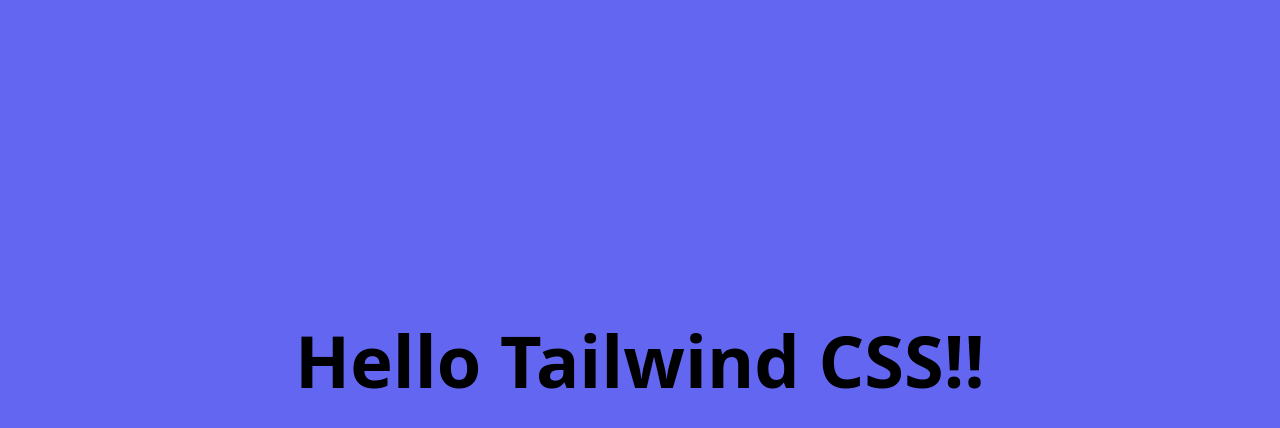
Repository: rayray1/react-tailwind-starter-template
Page: /
The author's editor kept a copy of each file at every save. The page is drawn from the files as they stood at one save, then again after the next save.
The browser window is 1280 px wide. The pictures show the whole page.
The project was rebuilt for these pictures with package versions that can differ from the ones it lists, and the page was loaded fresh each time.

Above is the page before, as saved 2023-06-23 06:52:41.

### src/App.js
function App() {
  return (
    <div className="App">
      <div className="w-full h-screen bg-indigo-500 flex justify-center items-center">
        <h1 className="font-bold text-7xl text-white-700">Hello Tailwind CSS!!</h1>
      </div>
    </div>
  );
}

export default App;

Loaded but not shown: public/index.html (common file); src/index.js (common file); src/index.css (common file); src/reportWebVitals.js (common file); tailwind.config.js (common file)

After the next save:
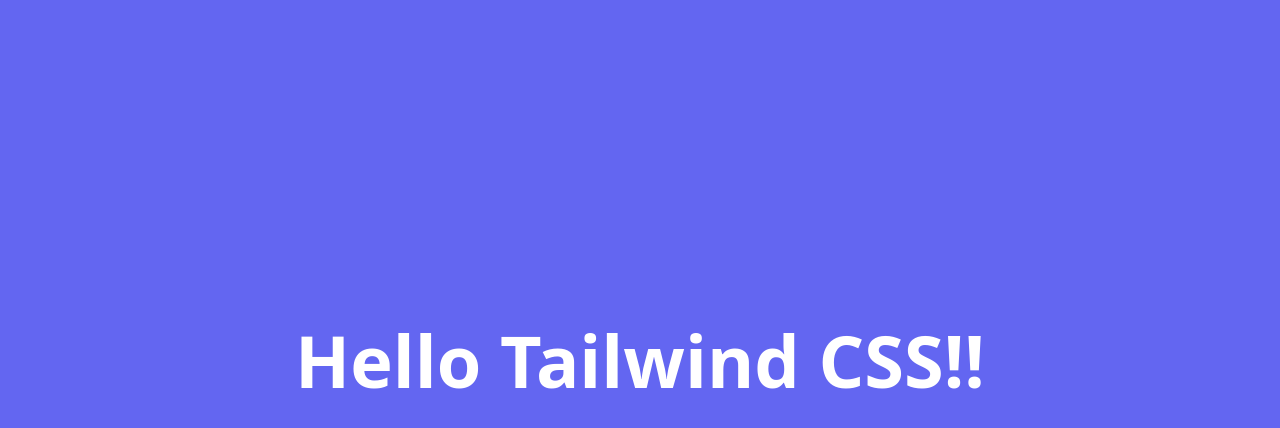
Saved 13 s later.
--- a/src/App.js
+++ b/src/App.js
@@ -2,7 +2,7 @@
   return (
     <div className="App">
       <div className="w-full h-screen bg-indigo-500 flex justify-center items-center">
-        <h1 className="font-bold text-7xl text-white-700">Hello Tailwind CSS!!</h1>
+        <h1 className="font-bold text-7xl text-white">Hello Tailwind CSS!!</h1>
       </div>
     </div>
   );
